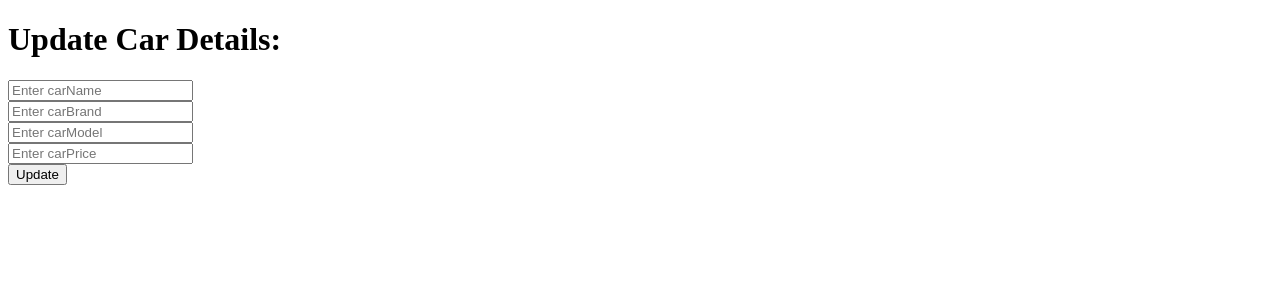
Repository: Dhirajkumar02/Advance-Java--J2EE-
Page: ServletProjecct_CarDB/src/main/webapp/UpdateCar.html
These files come from the project's save history. The page is drawn as it stood at one moment and after the next save; the edit follows.
The browser window is 1280 px wide. The pictures show the whole page.

Above is the page before, as saved 2024-11-14 11:36:25.

After the next save:
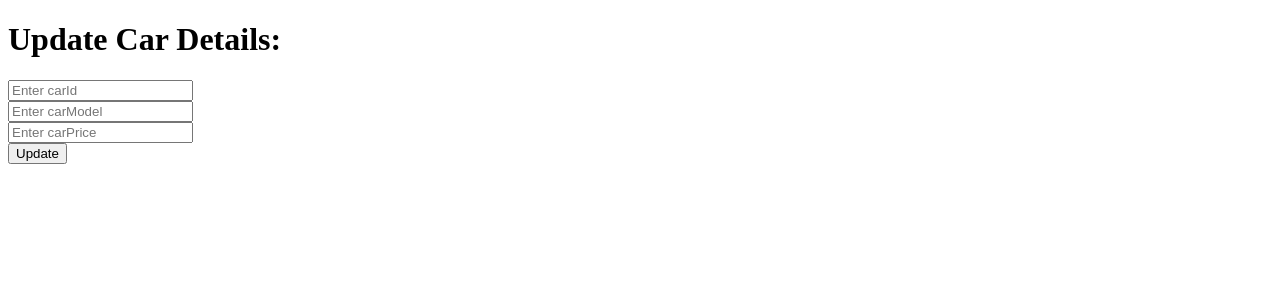
Saved 99 s later.
--- a/ServletProjecct_CarDB/src/main/webapp/UpdateCar.html
+++ b/ServletProjecct_CarDB/src/main/webapp/UpdateCar.html
@@ -7,8 +7,7 @@
 <body>
 <h1>Update Car Details:</h1>
 <form action="update-car">
-<input type="text" placeholder="Enter carName" name="carName" ><br>
-<input type="text" placeholder="Enter carBrand" name="carBrand"><br>
+<input type="number" placeholder="Enter carId" name="carId" ><br>
 <input type="text" placeholder="Enter carModel" name="carModel"><br>
 <input type="number" placeholder="Enter carPrice" name="carPrice"><br>
 <input type="submit" value="Update">
